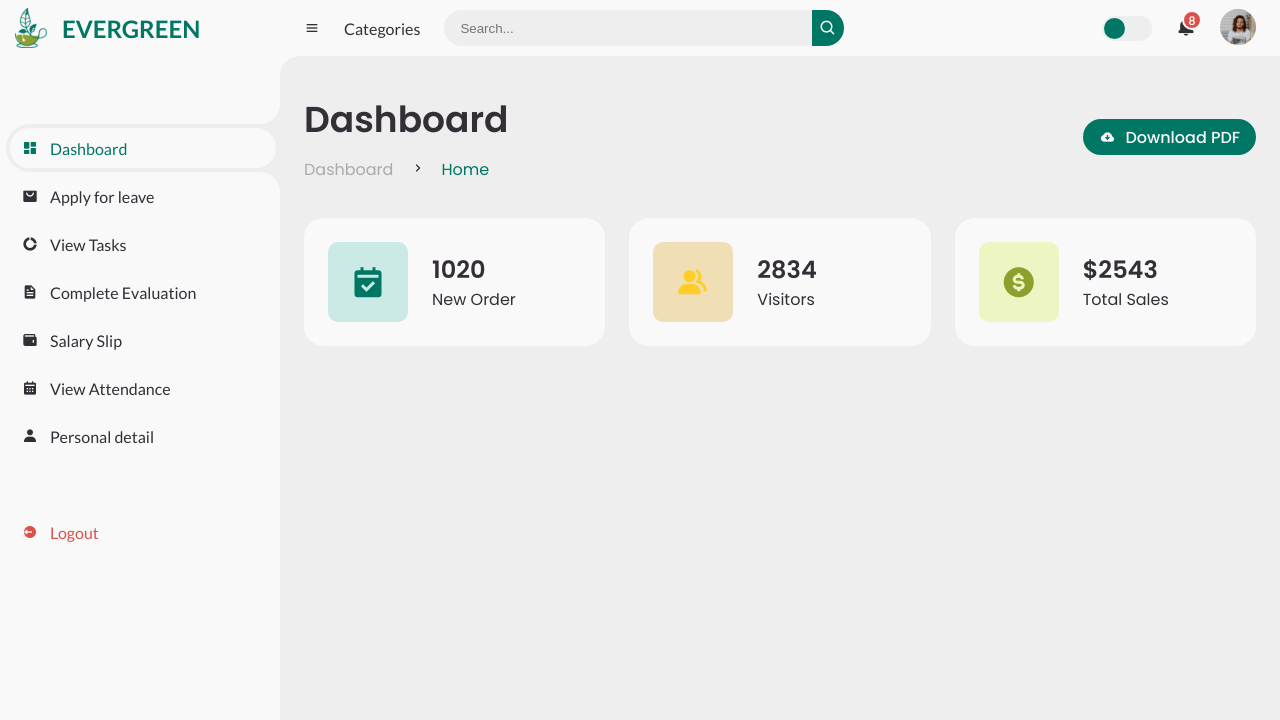
Repository: EverGreen-Group/Employee-Management
Page: http://localhost/project-root/
The author's editor kept a copy of each file at every save. The page is drawn from the files as they stood at one save, then again after the next save.
The browser window is 1280 px wide. The pictures show the whole page.
An inner scrolling area shows only its first screen. The page is run by PHP 8.4 with error messages shown; the project is at /var/www/html/.

Above is the page before, as saved 2024-09-10 07:02:31.

### index.php
<?php
// index.php

// Define the base path for includes
define('BASE_PATH', __DIR__ . DIRECTORY_SEPARATOR);

// Include the controller files
require_once BASE_PATH . 'controllers' . DIRECTORY_SEPARATOR . 'HomeController.php';
require_once BASE_PATH . 'controllers' . DIRECTORY_SEPARATOR . 'LeaveController.php';
require_once BASE_PATH . 'controllers' . DIRECTORY_SEPARATOR . 'TaskController.php';

// Get the requested page from the URL
$page = $_GET['page'] ?? 'dashboard';

// Route the request to the appropriate controller
switch ($page) {
    case 'dashboard':
        $controller = new HomeController();
        $controller->index();
        break;
    case 'apply-leave':
        $controller = new LeaveController();
        $controller->apply();
        break;
    case 'view-tasks':
        $controller = new TaskController();
        $controller->view();
        break;
    default:
        // Handle 404 Not Found
        header("HTTP/1.0 404 Not Found");
        echo "Page not found";
        break;
}

### controllers/HomeController.php
<?php
// controllers/HomeController.php

class HomeController {
    public function index() {
        // In a real application, you might fetch data from a model here
        $data = [
            'title' => 'Dashboard',
            'page' => 'dashboard'
        ];

        // Load the view
        $this->loadView('dashboard', $data);
    }

    private function loadView($view, $data) {
        // Extract the data array to individual variables
        extract($data);

        // Start output buffering
        ob_start();

        // Include the view file
        include BASE_PATH . "views/pages/{$view}.php";

        // Get the contents of the output buffer
        $content = ob_get_clean();

        // Include the layout file
        include BASE_PATH . 'views/layouts/main.php';
    }
}

### controllers/LeaveController.php
<?php
// controllers/LeaveController.php

class LeaveController {
    public function apply() {
        // In a real application, you might process form data here
        $data = [
            'title' => 'Apply Leave',
            'page' => 'apply-leave'
        ];

        // Load the view
        $this->loadView('apply-leave', $data);
    }

    private function loadView($view, $data) {
        // Extract the data array to individual variables
        extract($data);

        // Start output buffering
        ob_start();

        // Include the view file
        $viewPath = BASE_PATH . "views" . DIRECTORY_SEPARATOR . "pages" . DIRECTORY_SEPARATOR . "{$view}.php";
        if (file_exists($viewPath)) {
            include $viewPath;
        } else {
            // Handle the case where the view file doesn't exist
            echo "Error: View file not found.";
        }

        // Get the contents of the output buffer
        $content = ob_get_clean();

        // Include the layout file
        include BASE_PATH . 'views' . DIRECTORY_SEPARATOR . 'layouts' . DIRECTORY_SEPARATOR . 'main.php';
    }
}

### controllers/TaskController.php
<?php
// controllers/TaskController.php

class TaskController {
    public function view() {
        // In a real application, you might fetch data from a model here
        $data = [
            'title' => 'View Tasks',
            'page' => 'view-tasks',
            'tasks' => $this->getTasks() // Retrieve tasks from a model or database
        ];

        // Load the view
        $this->loadView('view-tasks', $data);
    }

    private function loadView($view, $data) {
        // Extract the data array to individual variables
        extract($data);

        // Start output buffering
        ob_start();

        // Include the view file
        $viewPath = BASE_PATH . "views" . DIRECTORY_SEPARATOR . "pages" . DIRECTORY_SEPARATOR . "{$view}.php";
        if (file_exists($viewPath)) {
            include $viewPath;
        } else {
            // Handle the case where the view file doesn't exist
            echo "Error: View file not found.";
        }

        // Get the contents of the output buffer
        $content = ob_get_clean();

        // Include the layout file
        include BASE_PATH . 'views' . DIRECTORY_SEPARATOR . 'layouts' . DIRECTORY_SEPARATOR . 'main.php';
    }

    private function getTasks() {
        // Sample tasks, replace with a database call or model logic
        return [
            ['id' => 1, 'title' => 'Task 1', 'description' => 'Description for task 1'],
            ['id' => 2, 'title' => 'Task 2', 'description' => 'Description for task 2'],
            ['id' => 3, 'title' => 'Task 3', 'description' => 'Description for task 3'],
        ];
    }
}

### views/pages/dashboard.php
<!-- views/pages/dashboard.php -->
<div class="head-title">
    <div class="left">
        <h1>Dashboard</h1>
        <ul class="breadcrumb">
            <li>
                <a href="#">Dashboard</a>
            </li>
            <li><i class='bx bx-chevron-right'></i></li>
            <li>
                <a class="active" href="#">Home</a>
            </li>
        </ul>
    </div>
    <a href="#" class="btn-download">
        <i class='bx bxs-cloud-download'></i>
        <span class="text">Download PDF</span>
    </a>
</div>

<ul class="box-info">
    <li>
        <i class='bx bxs-calendar-check'></i>
        <span class="text">
            <h3>1020</h3>
            <p>New Order</p>
        </span>
    </li>
    <li>
        <i class='bx bxs-group'></i>
        <span class="text">
            <h3>2834</h3>
            <p>Visitors</p>
        </span>
    </li>
    <li>
        <i class='bx bxs-dollar-circle'></i>
        <span class="text">
            <h3>$2543</h3>
            <p>Total Sales</p>
        </span>
    </li>
</ul>

<!-- Add the rest of your dashboard content here -->

### views/layouts/main.php
<!DOCTYPE html>
<html lang="en">
<head>
    <meta charset="UTF-8">
    <meta name="viewport" content="width=device-width, initial-scale=1.0">
    <link href='https://unpkg.com/boxicons@2.0.9/css/boxicons.min.css' rel='stylesheet'>
    <link rel="stylesheet" href="../project-root/public/css/style.css">
    <title><?= $title ?? 'EVERGREEN' ?></title>
</head>
<body>
    <?php include BASE_PATH . 'views/components/sidebar.php'; ?>

    <section id="content">
        <?php include BASE_PATH . 'views/components/navbar.php'; ?>

        <main>
            <?= $content ?>
        </main>
    </section>

    <script src="../project-root/public/js/script.js"></script>
</body>
</html>

### views/components/sidebar.php
<section id="sidebar">
    <a href="index.php" class="brand">
        <img src="/public/img/logo.svg" alt="Logo">
        <span class="text">EVERGREEN</span>
    </a>
    <ul class="side-menu top">
        <li class="<?= $page == 'dashboard' ? 'active' : '' ?>">
            <a href="index.php">
                <i class='bx bxs-dashboard'></i>
                <span class="text">Dashboard</span>
            </a>
        </li>
        <li class="<?= $page == 'apply-leave' ? 'active' : '' ?>">
            <a href="index.php?page=apply-leave">
                <i class='bx bxs-shopping-bag-alt'></i>
                <span class="text">Apply for leave</span>
            </a>
        </li>
        <li class="<?= $page == 'view-tasks' ? 'active' : '' ?>">
            <a href="index.php?page=view-tasks">
                <i class='bx bxs-doughnut-chart'></i>
                <span class="text">View Tasks</span>
            </a>
        </li>
        <li class="<?= $page == 'complete-evaluation' ? 'active' : '' ?>">
            <a href="index.php?page=complete-evaluation">
                <i class='bx bxs-file'></i>
                <span class="text">Complete Evaluation</span>
            </a>
        </li>
        <li class="<?= $page == 'salary-slip' ? 'active' : '' ?>">
            <a href="index.php?page=salary-slip">
                <i class='bx bxs-wallet'></i>
                <span class="text">Salary Slip</span>
            </a>
        </li>
        <li class="<?= $page == 'view-attendance' ? 'active' : '' ?>">
            <a href="index.php?page=view-attendance">
                <i class='bx bxs-calendar'></i>
                <span class="text">View Attendance</span>
            </a>
        </li>
        <li class="<?= $page == 'personal-detail' ? 'active' : '' ?>">
            <a href="index.php?page=personal-detail">
                <i class='bx bxs-user'></i>
                <span class="text">Personal detail</span>
            </a>
        </li>
    </ul>
    <ul class="side-menu">
        <li>
            <a href="index.php?action=logout" class="logout">
                <i class='bx bxs-log-out-circle'></i>
                <span class="text">Logout</span>
            </a>
        </li>
    </ul>
</section>

### views/components/navbar.php
<!-- views/components/navbar.php -->
<nav>
    <i class='bx bx-menu'></i>
    <a href="#" class="nav-link">Categories</a>
    <form action="#">
        <div class="form-input">
            <input type="search" placeholder="Search...">
            <button type="submit" class="search-btn"><i class='bx bx-search'></i></button>
        </div>
    </form>
    <input type="checkbox" id="switch-mode" hidden>
    <label for="switch-mode" class="switch-mode"></label>
    <a href="#" class="notification">
        <i class='bx bxs-bell'></i>
        <span class="num">8</span>
    </a>
    <a href="#" class="profile">
        <img src="/public/img/people.png">
    </a>
</nav>

### public/css/style.css
@import url('https://fonts.googleapis.com/css2?family=Lato:wght@400;700&family=Poppins:wght@400;500;600;700&display=swap');

* {
	margin: 0;
	padding: 0;
	box-sizing: border-box;
}

a {
	text-decoration: none;
}

li {
	list-style: none;
}

:root {
	--poppins: 'Poppins', sans-serif;
	--lato: 'Lato', sans-serif;

	--light: #F9F9F9;
	--main: #007664;
	--light-main: #cbeae5;
	--grey: #eee;
	--dark-grey: #AAAAAA;
	--dark: #342E37;
	--red: #DB504A;
	--yellow: #FFCE26;
	--light-yellow: #F0DEB4;
	--green: #8D9F2D;
	--light-green: #edf5c2;
}

html {
	overflow-x: hidden;
}

body.dark {
	--light: #0C0C1E;
	--grey: #060714;
	--dark: #FBFBFB;
}

body {
	background: var(--grey);
	overflow-x: hidden;
}





/* SIDEBAR */
#sidebar {
	position: fixed;
	top: 0;
	left: 0;
	width: 280px;
	height: 100%;
	background: var(--light);
	z-index: 2000;
	font-family: var(--lato);
	transition: .3s ease;
	overflow-x: hidden;
	scrollbar-width: none;
}
#sidebar::--webkit-scrollbar {
	display: none;
}
#sidebar.hide {
	width: 60px;
}
#sidebar .brand {
	font-size: 24px;
	font-weight: 700;
	height: 56px;
	display: flex;
	align-items: center;
	color: var(--main);
	position: sticky;
	top: 0;
	left: 0;
	background: var(--light);
	z-index: 500;
	padding-bottom: 20px;
	box-sizing: content-box;
}
#sidebar .brand .bx {
	min-width: 60px;
	display: flex;
	justify-content: center;
}

#sidebar .brand img {
    margin-right: 15px; /* Adjust the value as needed */
    height: 40px; /* Optional: Adjust image height */
    width: auto;
	margin-left: 15px;
}

#sidebar .side-menu {
	width: 100%;
	margin-top: 48px;
}
#sidebar .side-menu li {
	height: 48px;
	background: transparent;
	margin-left: 6px;
	border-radius: 48px 0 0 48px;
	padding: 4px;
}
#sidebar .side-menu li.active {
	background: var(--grey);
	position: relative;
}
#sidebar .side-menu li.active::before {
	content: '';
	position: absolute;
	width: 40px;
	height: 40px;
	border-radius: 50%;
	top: -40px;
	right: 0;
	box-shadow: 20px 20px 0 var(--grey);
	z-index: -1;
}
#sidebar .side-menu li.active::after {
	content: '';
	position: absolute;
	width: 40px;
	height: 40px;
	border-radius: 50%;
	bottom: -40px;
	right: 0;
	box-shadow: 20px -20px 0 var(--grey);
	z-index: -1;
}
#sidebar .side-menu li a {
	width: 100%;
	height: 100%;
	background: var(--light);
	display: flex;
	align-items: center;
	border-radius: 48px;
	font-size: 16px;
	color: var(--dark);
	white-space: nowrap;
	overflow-x: hidden;
}
#sidebar .side-menu.top li.active a {
	color: var(--main);
}
#sidebar.hide .side-menu li a {
	width: calc(48px - (4px * 2));
	transition: width .3s ease;
}
#sidebar .side-menu li a.logout {
	color: var(--red);
}
#sidebar .side-menu.top li a:hover {
	color: var(--main);
}
#sidebar .side-menu li a .bx {
	min-width: calc(60px  - ((4px + 6px) * 2));
	display: flex;
	justify-content: center;
}
/* SIDEBAR */





/* CONTENT */
#content {
	position: relative;
	width: calc(100% - 280px);
	left: 280px;
	transition: .3s ease;
}
#sidebar.hide ~ #content {
	width: calc(100% - 60px);
	left: 60px;
}




/* NAVBAR */
#content nav {
	height: 56px;
	background: var(--light);
	padding: 0 24px;
	display: flex;
	align-items: center;
	grid-gap: 24px;
	font-family: var(--lato);
	position: sticky;
	top: 0;
	left: 0;
	z-index: 1000;
}
#content nav::before {
	content: '';
	position: absolute;
	width: 40px;
	height: 40px;
	bottom: -40px;
	left: 0;
	border-radius: 50%;
	box-shadow: -20px -20px 0 var(--light);
}
#content nav a {
	color: var(--dark);
}
#content nav .bx.bx-menu {
	cursor: pointer;
	color: var(--dark);
}
#content nav .nav-link {
	font-size: 16px;
	transition: .3s ease;
}
#content nav .nav-link:hover {
	color: var(--main);
}
#content nav form {
	max-width: 400px;
	width: 100%;
	margin-right: auto;
}
#content nav form .form-input {
	display: flex;
	align-items: center;
	height: 36px;
}
#content nav form .form-input input {
	flex-grow: 1;
	padding: 0 16px;
	height: 100%;
	border: none;
	background: var(--grey);
	border-radius: 36px 0 0 36px;
	outline: none;
	width: 100%;
	color: var(--dark);
}
#content nav form .form-input button {
	width: 36px;
	height: 100%;
	display: flex;
	justify-content: center;
	align-items: center;
	background: var(--main);
	color: var(--light);
	font-size: 18px;
	border: none;
	outline: none;
	border-radius: 0 36px 36px 0;
	cursor: pointer;
}
#content nav .notification {
	font-size: 20px;
	position: relative;
}
#content nav .notification .num {
	position: absolute;
	top: -6px;
	right: -6px;
	width: 20px;
	height: 20px;
	border-radius: 50%;
	border: 2px solid var(--light);
	background: var(--red);
	color: var(--light);
	font-weight: 700;
	font-size: 12px;
	display: flex;
	justify-content: center;
	align-items: center;
}
#content nav .profile img {
	width: 36px;
	height: 36px;
	object-fit: cover;
	border-radius: 50%;
}
#content nav .switch-mode {
	display: block;
	min-width: 50px;
	height: 25px;
	border-radius: 25px;
	background: var(--grey);
	cursor: pointer;
	position: relative;
}
#content nav .switch-mode::before {
	content: '';
	position: absolute;
	top: 2px;
	left: 2px;
	bottom: 2px;
	width: calc(25px - 4px);
	background: var(--main);
	border-radius: 50%;
	transition: all .3s ease;
}
#content nav #switch-mode:checked + .switch-mode::before {
	left: calc(100% - (25px - 4px) - 2px);
}
/* NAVBAR */





/* MAIN */
#content main {
	width: 100%;
	padding: 36px 24px;
	font-family: var(--poppins);
	max-height: calc(100vh - 56px);
	overflow-y: auto;
}
#content main .head-title {
	display: flex;
	align-items: center;
	justify-content: space-between;
	grid-gap: 16px;
	flex-wrap: wrap;
}
#content main .head-title .left h1 {
	font-size: 36px;
	font-weight: 600;
	margin-bottom: 10px;
	color: var(--dark);
}
#content main .head-title .left .breadcrumb {
	display: flex;
	align-items: center;
	grid-gap: 16px;
}
#content main .head-title .left .breadcrumb li {
	color: var(--dark);
}
#content main .head-title .left .breadcrumb li a {
	color: var(--dark-grey);
	pointer-events: none;
}
#content main .head-title .left .breadcrumb li a.active {
	color: var(--main);
	pointer-events: unset;
}
#content main .head-title .btn-download {
	height: 36px;
	padding: 0 16px;
	border-radius: 36px;
	background: var(--main);
	color: var(--light);
	display: flex;
	justify-content: center;
	align-items: center;
	grid-gap: 10px;
	font-weight: 500;
}




#content main .box-info {
	display: grid;
	grid-template-columns: repeat(auto-fit, minmax(240px, 1fr));
	grid-gap: 24px;
	margin-top: 36px;
}
#content main .box-info li {
	padding: 24px;
	background: var(--light);
	border-radius: 20px;
	display: flex;
	align-items: center;
	grid-gap: 24px;
}
#content main .box-info li .bx {
	width: 80px;
	height: 80px;
	border-radius: 10px;
	font-size: 36px;
	display: flex;
	justify-content: center;
	align-items: center;
}
#content main .box-info li:nth-child(1) .bx {
	background: var(--light-main);
	color: var(--main);
}
#content main .box-info li:nth-child(2) .bx {
	background: var(--light-yellow);
	color: var(--yellow);
}
#content main .box-info li:nth-child(3) .bx {
	background: var(--light-green);
	color: var(--green);
}
#content main .box-info li .text h3 {
	font-size: 24px;
	font-weight: 600;
	color: var(--dark);
}
#content main .box-info li .text p {
	color: var(--dark);
}





#content main .table-data {
	display: flex;
	flex-wrap: wrap;
	grid-gap: 24px;
	margin-top: 24px;
	width: 100%;
	color: var(--dark);
}
#content main .table-data > div {
	border-radius: 20px;
	background: var(--light);
	padding: 24px;
	overflow-x: auto;
}
#content main .table-data .head {
	display: flex;
	align-items: center;
	grid-gap: 16px;
	margin-bottom: 24px;
}
#content main .table-data .head h3 {
	margin-right: auto;
	font-size: 24px;
	font-weight: 600;
}
#content main .table-data .head .bx {
	cursor: pointer;
}

#content main .table-data .order {
	flex-grow: 1;
	flex-basis: 500px;
}
#content main .table-data .order table {
	width: 100%;
	border-collapse: collapse;
}
#content main .table-data .order table th {
	padding-bottom: 12px;
	font-size: 13px;
	text-align: left;
	border-bottom: 1px solid var(--grey);
}
#content main .table-data .order table td {
	padding: 16px 0;
}
#content main .table-data .order table tr td:first-child {
	display: flex;
	align-items: center;
	grid-gap: 12px;
	padding-left: 6px;
}
#content main .table-data .order table td img {
	width: 36px;
	height: 36px;
	border-radius: 50%;
	object-fit: cover;
}
#content main .table-data .order table tbody tr:hover {
	background: var(--grey);
}
#content main .table-data .order table tr td .status {
	font-size: 10px;
	padding: 6px 16px;
	color: var(--light);
	border-radius: 20px;
	font-weight: 700;
}
#content main .table-data .order table tr td .status.completed {
	background: var(--main);
}
#content main .table-data .order table tr td .status.process {
	background: var(--yellow);
}
#content main .table-data .order table tr td .status.pending {
	background: var(--green);
}


#content main .table-data .todo {
	flex-grow: 1;
	flex-basis: 300px;
}
#content main .table-data .todo .todo-list {
	width: 100%;
}
#content main .table-data .todo .todo-list li {
	width: 100%;
	margin-bottom: 16px;
	background: var(--grey);
	border-radius: 10px;
	padding: 14px 20px;
	display: flex;
	justify-content: space-between;
	align-items: center;
}
#content main .table-data .todo .todo-list li .bx {
	cursor: pointer;
}
#content main .table-data .todo .todo-list li.completed {
	border-left: 10px solid var(--main);
}
#content main .table-data .todo .todo-list li.not-completed {
	border-left: 10px solid var(--green);
}
#content main .table-data .todo .todo-list li:last-child {
	margin-bottom: 0;
}
/* MAIN */
/* CONTENT */









@media screen and (max-width: 768px) {
	#sidebar {
		width: 200px;
	}

	#content {
		width: calc(100% - 60px);
		left: 200px;
	}

	#content nav .nav-link {
		display: none;
	}
}






@media screen and (max-width: 576px) {
	#content nav form .form-input input {
		display: none;
	}

	#content nav form .form-input button {
		width: auto;
		height: auto;
		background: transparent;
		border-radius: none;
		color: var(--dark);
	}

	#content nav form.show .form-input input {
		display: block;
		width: 100%;
	}
	#content nav form.show .form-input button {
		width: 36px;
		height: 100%;
		border-radius: 0 36px 36px 0;
		color: var(--light);
		background: var(--red);
	}

	#content nav form.show ~ .notification,
	#content nav form.show ~ .profile {
		display: none;
	}

	#content main .box-info {
		grid-template-columns: 1fr;
	}

	#content main .table-data .head {
		min-width: 420px;
	}
	#content main .table-data .order table {
		min-width: 420px;
	}
	#content main .table-data .todo .todo-list {
		min-width: 420px;
	}
}

### public/img/logo.svg
<svg width="32" height="40" viewBox="0 0 32 40" fill="none" xmlns="http://www.w3.org/2000/svg" xmlns:xlink="http://www.w3.org/1999/xlink">
<rect width="32" height="40" fill="url(#pattern0_583_845)"/>
<defs>
<pattern id="pattern0_583_845" patternContentUnits="objectBoundingBox" width="1" height="1">
<use xlink:href="#image0_583_845" transform="matrix(0.0031407 0 0 0.00251256 -0.0026696 0)"/>
</pattern>
<image id="image0_583_845" width="1733" height="398" xlink:href="data:[embedded picture, 92850 characters]"/>
</defs>
</svg>

Loaded but not shown: public/js/script.js (no copy from this time; the picture is the same without it)

After the next save:
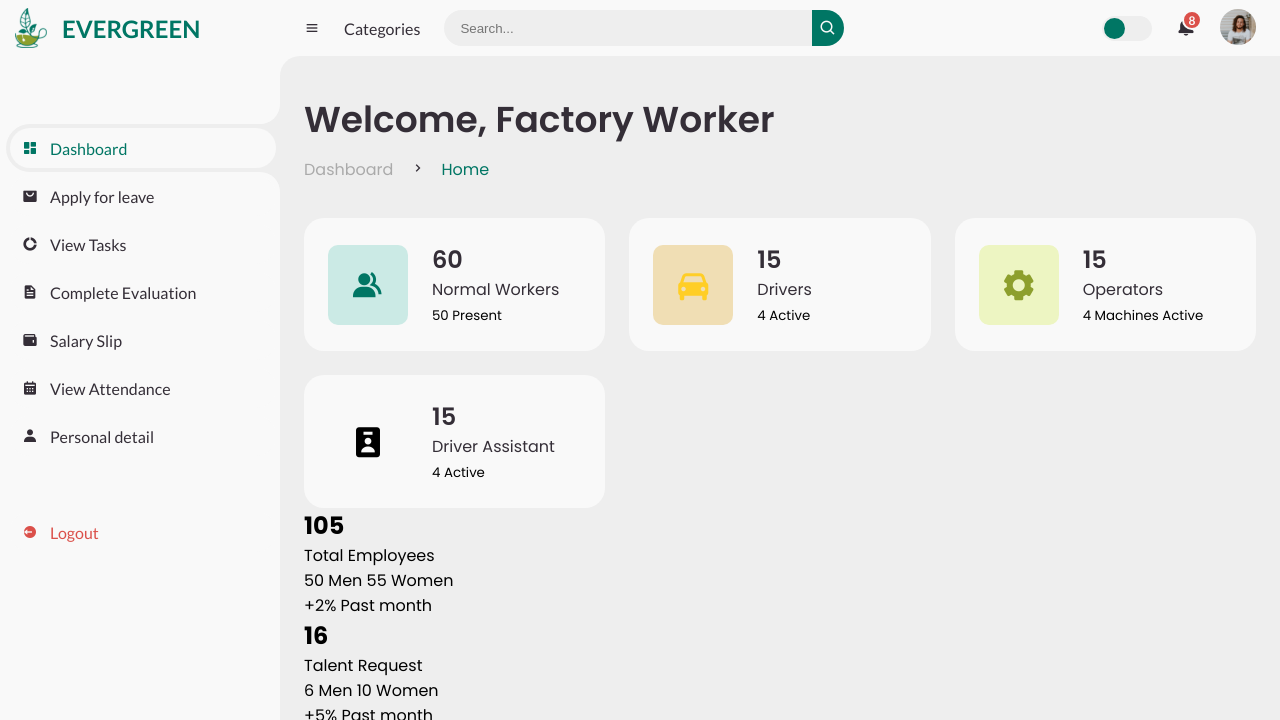
Saved 35 s later.
--- a/views/pages/dashboard.php
+++ b/views/pages/dashboard.php
@@ -1,7 +1,6 @@
-<!-- views/pages/dashboard.php -->
 <div class="head-title">
     <div class="left">
-        <h1>Dashboard</h1>
+        <h1>Welcome, Factory Worker</h1>
         <ul class="breadcrumb">
             <li>
                 <a href="#">Dashboard</a>
@@ -12,34 +11,109 @@
             </li>
         </ul>
     </div>
-    <a href="#" class="btn-download">
-        <i class='bx bxs-cloud-download'></i>
-        <span class="text">Download PDF</span>
-    </a>
 </div>
 
 <ul class="box-info">
     <li>
-        <i class='bx bxs-calendar-check'></i>
+        <i class='bx bxs-group'></i>
         <span class="text">
-            <h3>1020</h3>
-            <p>New Order</p>
+            <h3>60</h3>
+            <p>Normal Workers</p>
+            <small>50 Present</small>
         </span>
     </li>
     <li>
-        <i class='bx bxs-group'></i>
+        <i class='bx bxs-car'></i>
         <span class="text">
-            <h3>2834</h3>
-            <p>Visitors</p>
+            <h3>15</h3>
+            <p>Drivers</p>
+            <small>4 Active</small>
         </span>
     </li>
     <li>
-        <i class='bx bxs-dollar-circle'></i>
+        <i class='bx bxs-cog'></i>
         <span class="text">
-            <h3>$2543</h3>
-            <p>Total Sales</p>
+            <h3>15</h3>
+            <p>Operators</p>
+            <small>4 Machines Active</small>
+        </span>
+    </li>
+    <li>
+        <i class='bx bxs-user-badge'></i>
+        <span class="text">
+            <h3>15</h3>
+            <p>Driver Assistant</p>
+            <small>4 Active</small>
         </span>
     </li>
 </ul>
 
-<!-- Add the rest of your dashboard content here -->
+<div class="box-container">
+    <div class="box">
+        <div class="text">
+            <h2>105</h2>
+            <p>Total Employees</p>
+        </div>
+        <div class="employee-breakdown">
+            <span>50 Men</span>
+            <span>55 Women</span>
+        </div>
+        <div class="growth-rate">+2% Past month</div>
+        <!-- Add graph component here -->
+    </div>
+
+    <div class="box">
+        <div class="text">
+            <h2>16</h2>
+            <p>Talent Request</p>
+        </div>
+        <div class="talent-breakdown">
+            <span>6 Men</span>
+            <span>10 Women</span>
+        </div>
+        <div class="growth-rate">+5% Past month</div>
+        <!-- Add graph component here -->
+    </div>
+
+    <div class="box">
+        <h3>Upcoming Tasks <small>Today, 13 Sep 2021</small></h3>
+        <ul class="task-list">
+            <li class="priority">
+                <span>Tea leaves withering</span>
+                <small>Today, 11:30 AM</small>
+            </li>
+            <li>
+                <span>Tea Leaves Rolling</span>
+                <small>Today, 10:30 AM</small>
+            </li>
+            <li>
+                <span>Tea Leaves Oxidation</span>
+                <small>Today, 09:15 AM</small>
+            </li>
+            <li>
+                <span>Tea Leaves Firing</span>
+                <small>Today, 11:30 AM</small>
+            </li>
+        </ul>
+        <a href="#" class="view-more">View More</a>
+    </div>
+
+    <div class="box">
+        <h3>Announcement <small>Today, 13 Sep 2021</small></h3>
+        <ul class="announcement-list">
+            <li>
+                <span>Leaf Collecting needed assigned driver #4545</span>
+                <small>2 Minutes ago</small>
+            </li>
+            <li>
+                <span>Machine Working #7878</span>
+                <small>Yesterday, 12:30 PM</small>
+            </li>
+            <li>
+                <span>Worker drying and sorting #3434</span>
+                <small>Yesterday, 09:15 AM</small>
+            </li>
+        </ul>
+        <a href="#" class="see-all">See All Announcement</a>
+    </div>
+</div>
